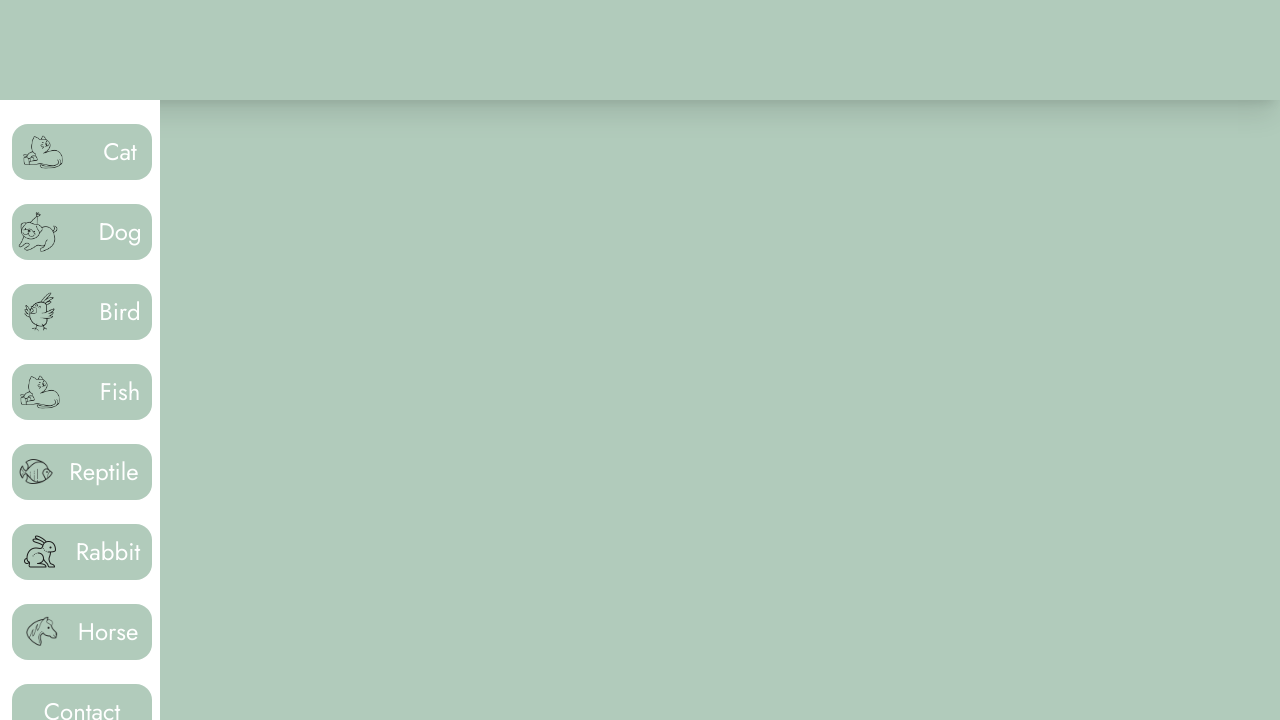
Repository: batu-call/batu-petshop
Page: /main (app in petshopp-appAdmin/admin/)
An editor plug-in stored every save of this project. The page is shown before and after the next save, followed by the edit.
The browser window is 1280 px wide. The pictures show the whole page.
The project was rebuilt for these pictures with package versions that can differ from the ones it lists, and the page was loaded fresh each time. The framework's server and built-in components were replaced by stand-ins that run in the browser. Also part of the build but not shown: petshopp-appAdmin/admin/next.config.ts.

Above is the page before, as saved 2025-09-19 02:48:52.

### petshopp-appAdmin/admin/src/app/layout.tsx
import type { Metadata } from "next";
import { Jost } from 'next/font/google';
import "./globals.css";

const jost = Jost({
  subsets: ['latin'],
  weight: ['400', '500', '700'],
});


export const metadata: Metadata = {
  title: "Batu Petshop AdminPanel",
  description: "Generated by create next app",
   icons: {
    icon: '/favicon.ico',
  },
};

export default function RootLayout({
  children,
}: Readonly<{
  children: React.ReactNode;
}>) {
  return (
    <html lang="en">
      <body
        className={`antialiased ${jost.className}`}
      >
        {children}
      </body>
    </html>
  );
}

### petshopp-appAdmin/admin/src/app/main/page.tsx
import React from 'react'
import Main from './controller/Main'


const page = () => {
  return (
    <div>
        <Main />
    </div>
  )
}

export default page

### petshopp-appAdmin/admin/src/app/globals.css
@import "tailwindcss";
@import "tw-animate-css";

@custom-variant dark (&:is(.dark *));

@layer utilities {
  .bg-primary {
    background-color: #B1CBBB;
  }
  .bg-secondary {
    background-color: #DDEEDD;
  }
  .bg-secondary_20 {
    background-color: rgba(221, 238, 221, 0.2);
  }
  .text-jost {
    font-family: 'Jost',sans-serif;
  }
  .text-color {
    color: #393E46;
  }
  .text-color2 {
    color: #B1CBBB;
  }
}

body {
  font-family: 'Jost', Arial, Helvetica, sans-serif
}

@theme inline {
  --radius-sm: calc(var(--radius) - 4px);
  --radius-md: calc(var(--radius) - 2px);
  --radius-lg: var(--radius);
  --radius-xl: calc(var(--radius) + 4px);
  --color-background: var(--background);
  --color-foreground: var(--foreground);
  --color-card: var(--card);
  --color-card-foreground: var(--card-foreground);
  --color-popover: var(--popover);
  --color-popover-foreground: var(--popover-foreground);
  --color-primary: var(--primary);
  --color-primary-foreground: var(--primary-foreground);
  --color-secondary: var(--secondary);
  --color-secondary-foreground: var(--secondary-foreground);
  --color-muted: var(--muted);
  --color-muted-foreground: var(--muted-foreground);
  --color-accent: var(--accent);
  --color-accent-foreground: var(--accent-foreground);
  --color-destructive: var(--destructive);
  --color-border: var(--border);
  --color-input: var(--input);
  --color-ring: var(--ring);
  --color-chart-1: var(--chart-1);
  --color-chart-2: var(--chart-2);
  --color-chart-3: var(--chart-3);
  --color-chart-4: var(--chart-4);
  --color-chart-5: var(--chart-5);
  --color-sidebar: var(--sidebar);
  --color-sidebar-foreground: var(--sidebar-foreground);
  --color-sidebar-primary: var(--sidebar-primary);
  --color-sidebar-primary-foreground: var(--sidebar-primary-foreground);
  --color-sidebar-accent: var(--sidebar-accent);
  --color-sidebar-accent-foreground: var(--sidebar-accent-foreground);
  --color-sidebar-border: var(--sidebar-border);
  --color-sidebar-ring: var(--sidebar-ring);
}

:root {
  --radius: 0.625rem;
  --background: oklch(1 0 0);
  --foreground: oklch(0.145 0 0);
  --card: oklch(1 0 0);
  --card-foreground: oklch(0.145 0 0);
  --popover: oklch(1 0 0);
  --popover-foreground: oklch(0.145 0 0);
  --primary: oklch(0.205 0 0);
  --primary-foreground: oklch(0.985 0 0);
  --secondary: oklch(0.97 0 0);
  --secondary-foreground: oklch(0.205 0 0);
  --muted: oklch(0.97 0 0);
  --muted-foreground: oklch(0.556 0 0);
  --accent: oklch(0.97 0 0);
  --accent-foreground: oklch(0.205 0 0);
  --destructive: oklch(0.577 0.245 27.325);
  --border: oklch(0.922 0 0);
  --input: oklch(0.922 0 0);
  --ring: oklch(0.708 0 0);
  --chart-1: oklch(0.646 0.222 41.116);
  --chart-2: oklch(0.6 0.118 184.704);
  --chart-3: oklch(0.398 0.07 227.392);
  --chart-4: oklch(0.828 0.189 84.429);
  --chart-5: oklch(0.769 0.188 70.08);
  --sidebar: oklch(0.985 0 0);
  --sidebar-foreground: oklch(0.145 0 0);
  --sidebar-primary: oklch(0.205 0 0);
  --sidebar-primary-foreground: oklch(0.985 0 0);
  --sidebar-accent: oklch(0.97 0 0);
  --sidebar-accent-foreground: oklch(0.205 0 0);
  --sidebar-border: oklch(0.922 0 0);
  --sidebar-ring: oklch(0.708 0 0);
}

.dark {
  --background: oklch(0.145 0 0);
  --foreground: oklch(0.985 0 0);
  --card: oklch(0.205 0 0);
  --card-foreground: oklch(0.985 0 0);
  --popover: oklch(0.205 0 0);
  --popover-foreground: oklch(0.985 0 0);
  --primary: oklch(0.922 0 0);
  --primary-foreground: oklch(0.205 0 0);
  --secondary: oklch(0.269 0 0);
  --secondary-foreground: oklch(0.985 0 0);
  --muted: oklch(0.269 0 0);
  --muted-foreground: oklch(0.708 0 0);
  --accent: oklch(0.269 0 0);
  --accent-foreground: oklch(0.985 0 0);
  --destructive: oklch(0.704 0.191 22.216);
  --border: oklch(1 0 0 / 10%);
  --input: oklch(1 0 0 / 15%);
  --ring: oklch(0.556 0 0);
  --chart-1: oklch(0.488 0.243 264.376);
  --chart-2: oklch(0.696 0.17 162.48);
  --chart-3: oklch(0.769 0.188 70.08);
  --chart-4: oklch(0.627 0.265 303.9);
  --chart-5: oklch(0.645 0.246 16.439);
  --sidebar: oklch(0.205 0 0);
  --sidebar-foreground: oklch(0.985 0 0);
  --sidebar-primary: oklch(0.488 0.243 264.376);
  --sidebar-primary-foreground: oklch(0.985 0 0);
  --sidebar-accent: oklch(0.269 0 0);
  --sidebar-accent-foreground: oklch(0.985 0 0);
  --sidebar-border: oklch(1 0 0 / 10%);
  --sidebar-ring: oklch(0.556 0 0);
}

@layer base {
  * {
    @apply border-border outline-ring/50;
  }
  body {
    @apply bg-background text-foreground;
  }
}

### petshopp-appAdmin/admin/src/app/main/controller/Main.tsx
import React from 'react'
import Image from 'next/image'
import Link from 'next/link'

const Main = () => {
  return (
    <div className='w-full h-screen bg-primary'>
      <div className='w-full h-25 bg-primary shadow-xl '></div>
      <div className='w-40 h-screen bg-white fixed'>
        {/* Cat */}
        <Link href={"/Cat"}>
      <div className='bg-primary inline-block p-2 items-center mt-6 ml-3 rounded-2xl w-35'>
        <div className='flex gap-9 items-center justify-center'>
       <Image src="/cat_7721779.png" alt='cat-image'
       height={40}
       width={40}
       />
       <h2 className='text-2xl text-jost text-white p-1'>Cat</h2>
      </div>
      </div>
      </Link>
      {/* Dog */}
         <Link href={"/Dog"}>
       <div className='bg-primary inline-block p-2 items-center mt-6 ml-3 rounded-2xl w-35'>
        <div className='flex gap-9 items-center justify-center'>
       <Image src="/dog.png" alt='cat-image'
       height={40}
       width={40}
       />
       <h2 className='text-2xl text-jost text-white p-1'>Dog</h2>
      </div>
      </div>
      </Link>
      {/* BİRD */}
         <Link href={"/Bird"}>
       <div className='bg-primary inline-block p-2 items-center mt-6 ml-3 rounded-2xl w-35'>
        <div className='flex gap-9 items-center justify-center'>
       <Image src="/bird.png" alt='cat-image'
       height={40}
       width={40}
       />
       <h2 className='text-2xl text-jost text-white p-1'>Bird</h2>
      </div>
      </div>
      </Link>
      {/* FİSH */}
         <Link href={"/Fish"}>
       <div className='bg-primary inline-block p-2 items-center mt-6 ml-3 rounded-2xl w-35'>
        <div className='flex gap-9 items-center justify-center'>
       <Image src="/cat_7721779.png" alt='cat-image'
       height={40}
       width={40}
       />
       <h2 className='text-2xl text-jost text-white p-1'>Fish</h2>
      </div>
      </div>
      </Link>
      {/* Reptile */}
         <Link href={"/Reptile"}>
       <div className='bg-primary inline-block p-2 items-center mt-6 ml-3 rounded-2xl w-35'>
        <div className='flex gap-3 items-center justify-center'>
       <Image src="/fish.png" alt='cat-image'
       height={40}
       width={40}
       />
       <h2 className='text-2xl text-jost text-white mr-2'>Reptile</h2>
      </div>
      </div>
      </Link>
      {/* Rabbit */}
         <Link href={"/Rabbit"}>
       <div className='bg-primary inline-block p-2 items-center mt-6 ml-3 rounded-2xl w-35'>
        <div className='flex gap-3 items-center justify-center'>
       <Image src="/rabbit2.png" alt='cat-image'
       height={40}
       width={40}
       />
       <h2 className='text-2xl text-jost text-white p-1'>Rabbit</h2>
      </div>
      </div>
      </Link>
      {/* Horse */}
         <Link href={"/Horse"}>
       <div className='bg-primary inline-block p-2 items-center mt-6 ml-3 rounded-2xl w-35'>
        <div className='flex gap-3 items-center justify-center'>
       <Image src="/horse.png" alt='cat-image'
       height={40}
       width={40}
       />
       <h2 className='text-2xl text-jost text-white p-1'>Horse</h2>
      </div>
      </div>
      </Link>
      {/* Contact */}
         <Link href={"/Contact"}>
       <div className='bg-primary inline-block p-2 items-center mt-6 ml-3 rounded-2xl w-35'>
        <div className='flex gap-3 items-center justify-center'>
       <h2 className='text-2xl text-jost text-white p-1'>Contact</h2>
      </div>
      </div>
      </Link>
      {/* +category */}
       <div className='bg-primary inline-block p-2 items-center mt-6 ml-3 rounded-2xl w-35'>
        <div className='flex gap-3 items-center justify-center'>
       <h2 className='text-2xl text-jost text-white p-1'>+category</h2>
      </div>
      </div>
    </div>
    </div>
  )
}

export default Main

After the next save:
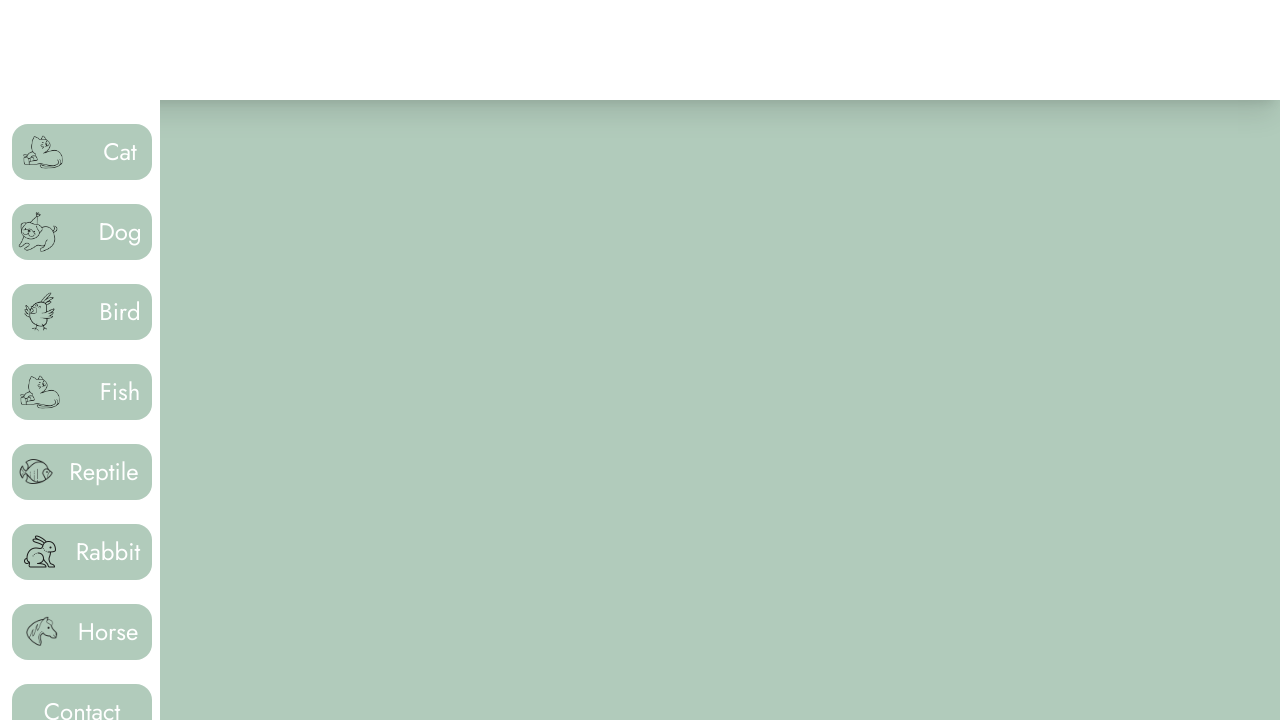
Saved 19 h 36 min later.
--- a/petshopp-appAdmin/admin/src/app/main/controller/Main.tsx
+++ b/petshopp-appAdmin/admin/src/app/main/controller/Main.tsx
@@ -5,7 +5,7 @@ import Link from 'next/link'
 const Main = () => {
   return (
     <div className='w-full h-screen bg-primary'>
-      <div className='w-full h-25 bg-primary shadow-xl '></div>
+      <div className='w-full h-25 bg-white shadow-xl '></div>
       <div className='w-40 h-screen bg-white fixed'>
         {/* Cat */}
         <Link href={"/Cat"}>
